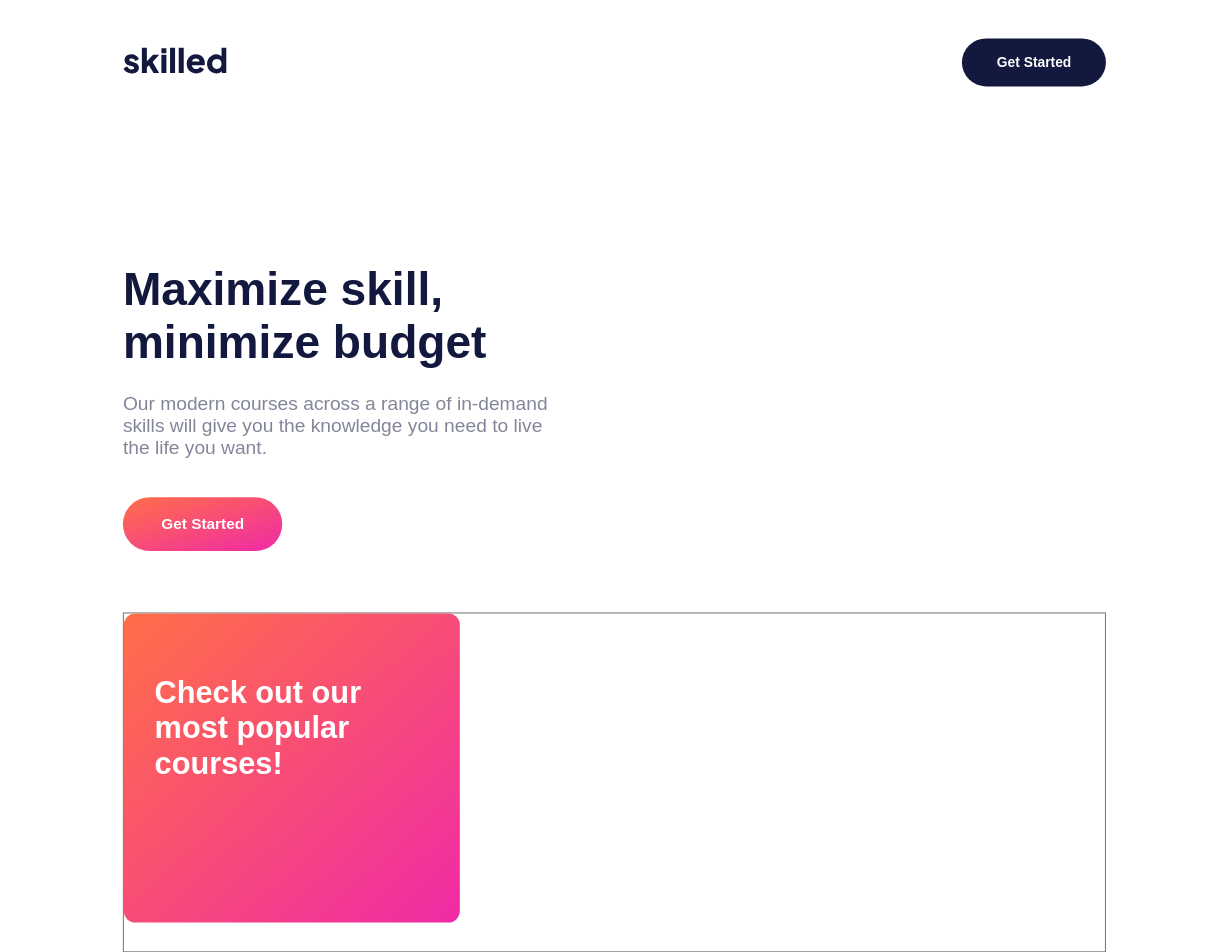
Repository: exe-walt/E-Learning-Landing-Page
Page: index.html
These files come from the project's save history. The page is drawn as it stood at one moment and after the next save; the edit follows.
The browser window is 1280 px wide. The pictures show the whole page, at 96% of full size.
Some web fonts or font styles are not loaded; a fallback is used.

Above is the page before, as saved 2025-05-29 12:25:01.

### index.html
<!DOCTYPE html> <!-- Document type declaration for HTML5 -->
<html lang="en">
<head>
  <meta charset="UTF-8"> <!-- Character encoding set to UTF-8 -->
  <meta name="viewport" content="width=device-width, initial-scale=1.0"> <!-- Responsive design meta tag -->
  <title>Skilled E-Learning Page</title> <!-- Page title -->
  <link rel="stylesheet" href="css/style.css"> <!-- Link to external CSS file -->
  <link href="https://fonts.cdnfonts.com/css/plus-jakarta-sans" rel="stylesheet"> <!-- Import custom font -->
</head>
<body>
  <div class="content-container"> <!-- Main content container -->

    <!-- NAVBAR SECTION -->
    <div class="navbar">
      <ul>
        <li id="logo">
          <img src="img/skilled-logo.svg" alt="logo">
        </li>
        <li class="navbar-btn">
          <button>Get Started</button> <!-- Call-to-action button -->
        </li>
      </ul>
    </div>

    <!-- HERO SECTION -->
    <div class="hero-section">
      <div class="hero-text">
        <h1>Maximize skill, <br>minimize budget</h1>

        <p>
          Our modern courses across a range of in-demand <br> skills will give you the knowledge you need to live <br> the life you want.
        </p>

        <button class="grad-btn1">Get Started</button>
      </div>
    </div>

    <!--Popular Courses Cards-->
    <div class="cc"> <!--Courses-Container top-->
      <div class="main-left">
        <p>Check out our <br>most popular <br>courses! </p>
      </div>
      <div class="animation-card"></div>
      <div class="design-card"></div>

      <div class="photography"></div>
      <div class="crypto"></div>
      <div class="business"></div>
    </div>




  </div>

</body>
</html>

### css/style.css
* {
  box-sizing: border-box;
  margin: 0;
  padding: 0;
  font-family: "Plus Jakarta Sans", sans-serif;
}

.navbar, .hero-section{
  background-image: url(../img/Group19.png);
}

body {
  font-family: "Plus Jakarta Sans", sans-serif;
  margin: 0;
  display: flex;
  justify-content: center;
  align-items: center;
}

.content-container {
  background-color: #ffffff;
  max-width: 75em;
  width: 80%;
  height: auto;
  margin: 0 auto;
}

.navbar {
  display: flex;
  justify-content: space-between;
  align-items: center;
  background-color: white;
  margin-top: 2.5em;
}

.navbar ul {
  display: flex;
  align-items: center;
  justify-content: space-between;
  width: 100%;
  list-style: none;
}

#logo img {
  height: 1.75em;
  width: auto;
}

.navbar-btn button {
  background-color: #13183f;
  color: white;
  width: 10.4em;
  height: 3.5em;
  border: none;
  border-radius: 1.8em;
  padding: 0.6rem 1.5rem;
  font-weight: 600;
  font-size: 0.9rem;
  cursor: pointer;
  transition: background-color 0.3s ease;
}

.navbar-btn button:hover {
  background-color: #666CA3;
}

.hero-section {
  display: flex;
}

.hero-text {
  margin-top: 11.5em;
}

.hero-text h1 {
  font-weight: 800; /* ExtraBold */
  font-size: 3rem;
  color: #13183f;
}

.hero-text p {
  font-weight: 400; /* Medium */
  font-size: 1.25rem;
  color: #83869a;
  padding-top: 1.25em;
}

.grad-btn1{
  width: 10.4em;
  height: 3.5em;
  border: none;
  border-radius: 1.8em;
  color: white;
  font-weight: 700;
  font-size: 1em;
  padding: 0.6rem 1.5rem;
  margin-top: 2.5em;
  background: linear-gradient(to bottom right, #FF6F48, #F02AA6);
}

.cc{
  display: grid;
  gap: 10px 20px;
  grid-template-columns: repeat(3, 1fr);
  gap: 30px;
  border: 1px solid #6d6d6d;
  margin-top: 4em;;
  background: linear-gradient(to bottom right, #FFFFFF, F0F1FF);
}


.main-left{
  width: 350px;
  height: 322px;
  border-radius: 12px;
  background: linear-gradient(to bottom right, #FF6F48, #F02AA6);; /* apply this gradient (#FF6F48 - F02AA6) */
}

.main-left p{
  font-size: 2em;
  font-weight: bolder;
  color: white;
  padding-top: 64px;
  padding-left: 32px;
  padding-right: 32px;
  padding-bottom: 138px;
  justify-content: center;
}

After the next save:
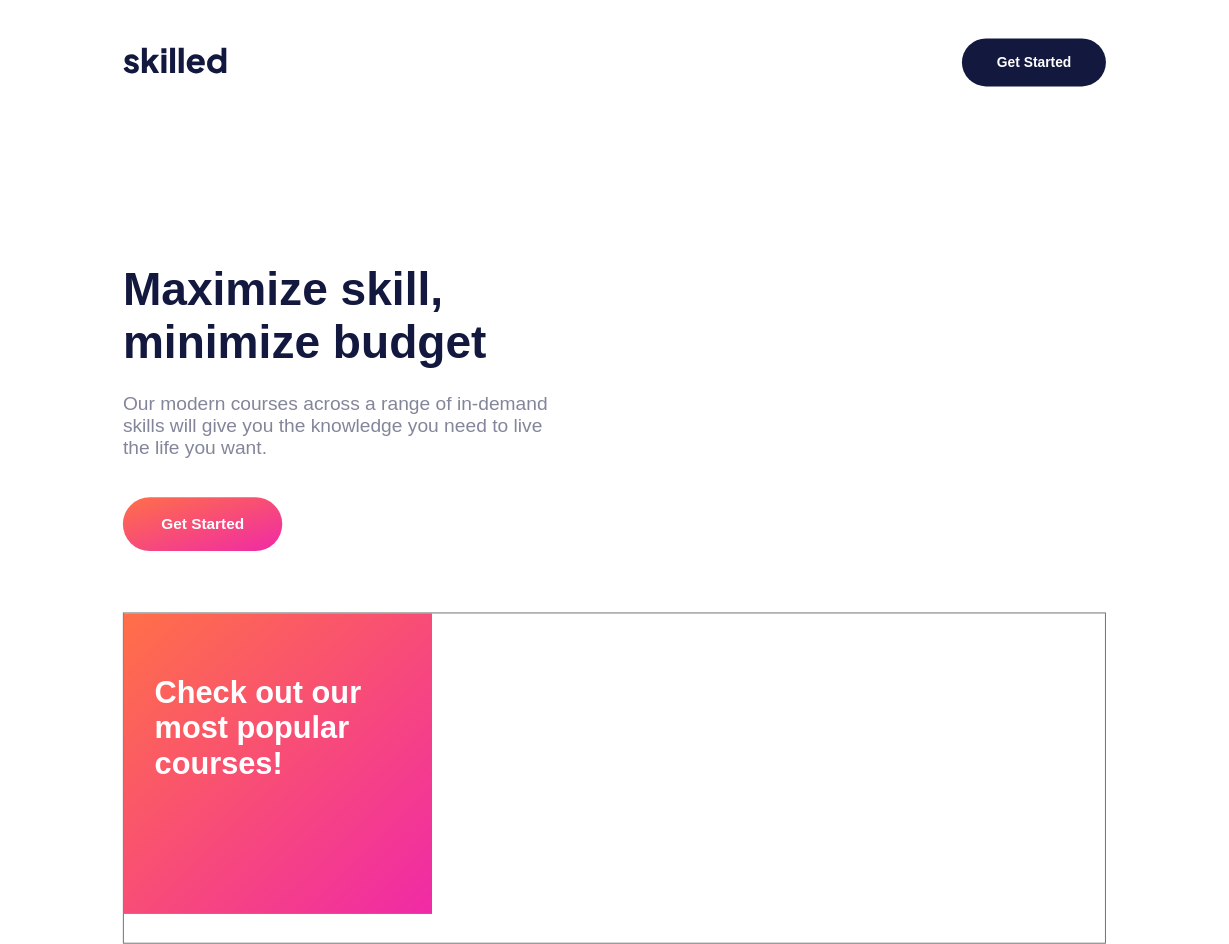
Saved 44 s later.
--- a/css/style.css
+++ b/css/style.css
@@ -104,15 +104,12 @@
   grid-template-columns: repeat(3, 1fr);
   gap: 30px;
   border: 1px solid #6d6d6d;
-  margin-top: 4em;;
+  margin-top: 4em;
   background: linear-gradient(to bottom right, #FFFFFF, F0F1FF);
 }
 
 
 .main-left{
-  width: 350px;
-  height: 322px;
-  border-radius: 12px;
   background: linear-gradient(to bottom right, #FF6F48, #F02AA6);; /* apply this gradient (#FF6F48 - F02AA6) */
 }
 

After the save that followed:
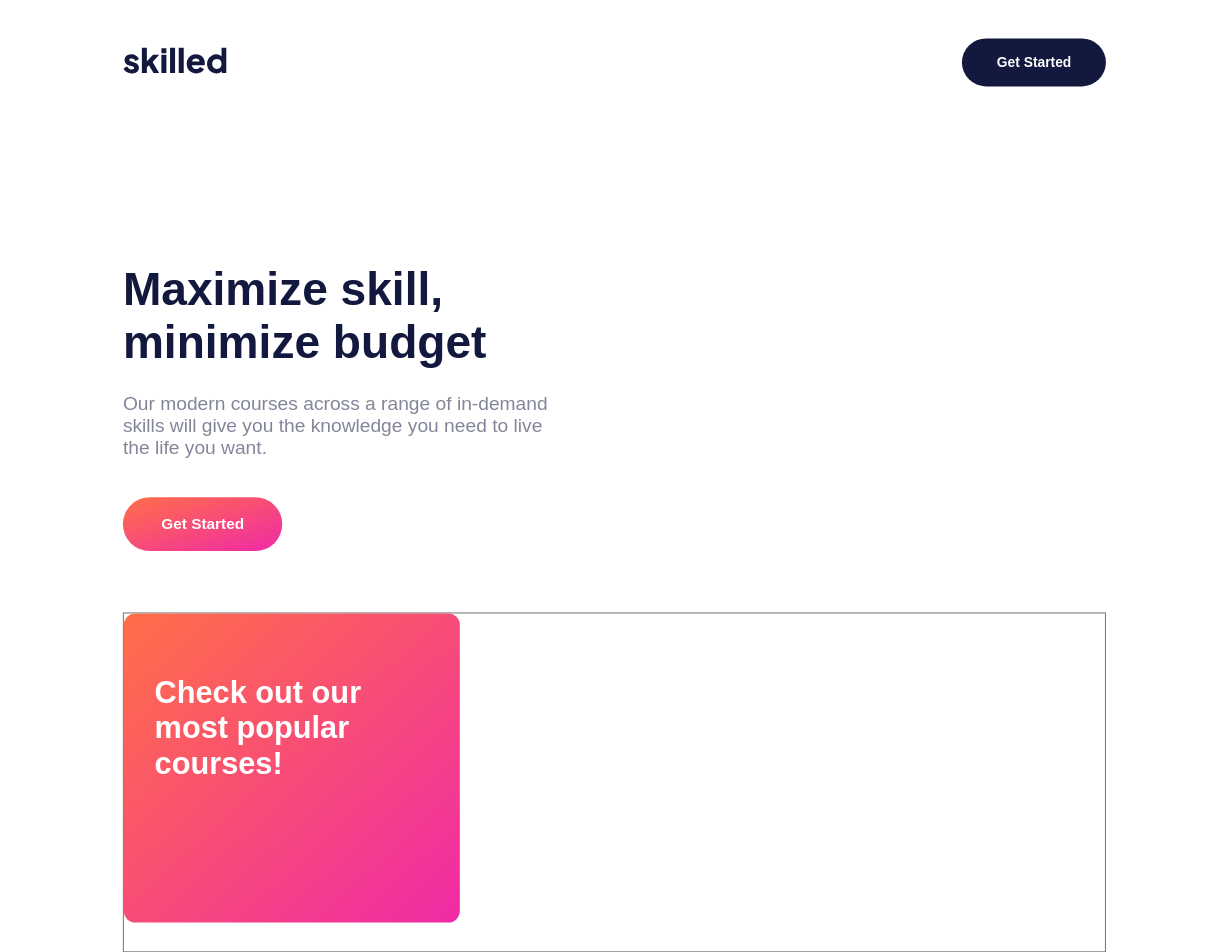
Saved 12 s later.
--- a/css/style.css
+++ b/css/style.css
@@ -110,6 +110,9 @@
 
 
 .main-left{
+  width: 350px;
+  height: 322px;
+  border-radius: 12px;
   background: linear-gradient(to bottom right, #FF6F48, #F02AA6);; /* apply this gradient (#FF6F48 - F02AA6) */
 }
 
